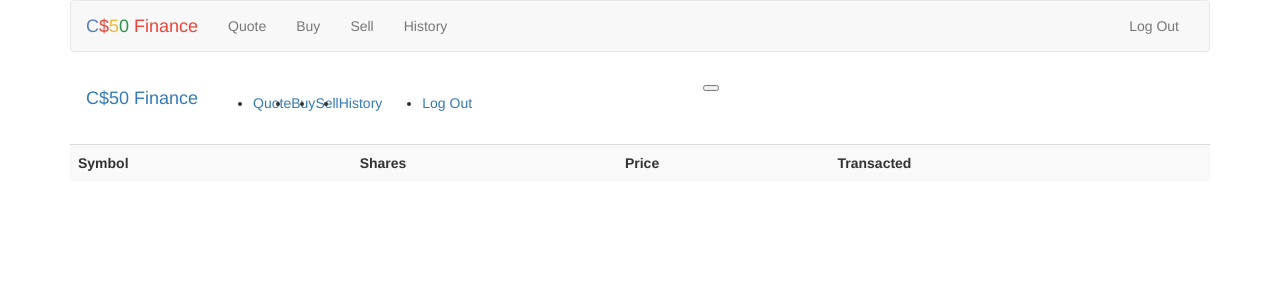
Repository: f41lure/cs50
Page: http://localhost/history
The author's editor kept a record of every edit. The page is drawn from the files as they stood at one moment, then again after the next edit.
The browser window is 1280 px wide. The pictures show the whole page.
Some web libraries are served in a nearby version. The page is served by the project's application, run on Flask 3 (finance/application.py). The session is filled in as if someone had signed in: {"user_id": 1}. The page reads the database file committed with the project.

Above is the page before.

### finance/templates/history.html
{% extends "layout.html" %}

{% block title %}
    History
{% endblock %}

{% block main %}
<nav class="navbar navbar-expand-md navbar-light bg-light border">
            <a class="navbar-brand" href="/"><span class="blue">C</span><span class="red">$</span><span class="yellow">5</span><span class="green">0</span> <span class="red">Finance</span></a>
            <button aria-controls="navbar" aria-expanded="false" aria-label="Toggle navigation" class="navbar-toggler" data-target="#navbar" data-toggle="collapse" type="button">
                <span class="navbar-toggler-icon"></span>
            </button>
            <div class="collapse navbar-collapse" id="navbar">

                    <ul class="navbar-nav mr-auto mt-2">
                        <li class="nav-item"><a class="nav-link" href="/quote">Quote</a></li>
                        <li class="nav-item"><a class="nav-link" href="/buy">Buy</a></li>
                        <li class="nav-item"><a class="nav-link" href="/sell">Sell</a></li>
                        <li class="nav-item"><a class="nav-link" href="/history">History</a></li>
                    </ul>
                    <ul class="navbar-nav ml-auto mt-2">
                        <li class="nav-item"><a class="nav-link" href="/logout">Log Out</a></li>
                    </ul>

            </div>
        </nav>
    <table class="table table-striped" style="width:100%">
      <tr>
        <th>Symbol</th>
        <th>Shares</th>
        <th>Price</th>
        <th>Transacted</th>
      </tr>
    {% for history in histories %}
      <tr>
        <td>{{ history.stock }}</td>
        <td>{{ history.shares }}</td>
        <td>{{ history.total }}</td>
        <!--<td>{{ history.transacted }}</td>-->
      </tr>
    {% endfor %}
    </table>

{% endblock %}

### finance/templates/layout.html
<!DOCTYPE html>

<html lang="en">

    <head>

        <!-- https://developer.mozilla.org/en-US/docs/Web/HTML/Element/meta -->
        <meta charset="utf-8"/>
        <meta content="initial-scale=1, width=device-width" name="viewport"/>

        <!-- documentation at http://getbootstrap.com/, alternative themes at https://www.bootstrapcdn.com/bootswatch/ -->
        <link href="https://maxcdn.bootstrapcdn.com/bootstrap/3.3.7/css/bootstrap.min.css" rel="stylesheet"/>

        <link href="{{ url_for('static', filename='styles.css') }}" rel="stylesheet"/>

        <script src="https://code.jquery.com/jquery-3.1.1.min.js"></script>
        <script src="https://maxcdn.bootstrapcdn.com/bootstrap/3.3.7/js/bootstrap.min.js"></script>

        <title>C$50 Finance: {% block title %}{% endblock %}</title>

    </head>

    <body>

        <div class="container">

            <nav class="navbar navbar-default">
                <div class="container-fluid">
                    <div class="navbar-header">
                        <button aria-expanded="false" class="navbar-toggle collapsed" data-target="#navbar" data-toggle="collapse" type="button">
                            <span class="sr-only">Toggle navigation</span>
                            <span class="icon-bar"></span>
                            <span class="icon-bar"></span>
                            <span class="icon-bar"></span>
                        </button>
                        <a class="navbar-brand" href="{{ url_for('index') }}"><span class="blue">C</span><span class="red">$</span><span class="yellow">5</span><span class="green">0</span> <span class="red">Finance</span></a>
                    </div>
                    <div class="collapse navbar-collapse" id="navbar">
                        {% if session.user_id %}
                            <ul class="nav navbar-nav">
                                <li><a href="{{ url_for('quote') }}">Quote</a></li>
                                <li><a href="{{ url_for('buy') }}">Buy</a></li>
                                <li><a href="{{ url_for('sell') }}">Sell</a></li>
                                <li><a href="{{ url_for('history') }}">History</a></li>
                            </ul>
                            <ul class="nav navbar-nav navbar-right">
                                <li><a href="{{ url_for('logout') }}">Log Out</a></li>
                            </ul>
                        {% else %}
                            <ul class="nav navbar-nav navbar-right">
                                <li><a href="{{ url_for('register') }}">Register</a></li>
                                <li><a href="{{ url_for('login') }}">Log In</a></li>
                            </ul>
                        {% endif %}
                    </div>
                </div>
            </nav>

            {% if get_flashed_messages() %}
                <header>
                    <div class="alert alert-info" role="alert">
                        {{ get_flashed_messages() | join(" ") }}
                    </div>
                </header>
            {% endif %}

            <main>
                {% block main %}{% endblock %}
            </main>

        </div>

    </body>

</html>

### finance/application.py
from cs50 import SQL
from flask import Flask, flash, redirect, render_template, request, session, url_for
from flask_session import Session
from passlib.apps import custom_app_context as pwd_context
from tempfile import mkdtemp

from helpers import *

# configure application
app = Flask(__name__)

# ensure responses aren't cached
if app.config["DEBUG"]:
    @app.after_request
    def after_request(response):
        response.headers["Cache-Control"] = "no-cache, no-store, must-revalidate"
        response.headers["Expires"] = 0
        response.headers["Pragma"] = "no-cache"
        return response

# custom filter
app.jinja_env.filters["usd"] = usd

# configure session to use filesystem (instead of signed cookies)
app.config["SESSION_FILE_DIR"] = mkdtemp()
app.config["SESSION_PERMANENT"] = False
app.config["SESSION_TYPE"] = "filesystem"
Session(app)

# configure CS50 Library to use SQLite database
db = SQL("sqlite:///finance.db")

@app.route("/")
@login_required
def index():
    return apology("TODO")

@app.route("/buy", methods=["GET", "POST"])
@login_required
def buy():
    """Buy shares of stock."""
    if request.method == "POST":
        if not request.form.get("symbol"):
            return apology("Enter a symbol.")
        symb = lookup(request.form.get("symbol"))

        if not symb:
            return apology("Invalid symbol. Re-enter.")

        try:
            shares = int(request.form.get("shares"))
            if shares < 0:
                return apology("Shares must be positive integer")
        except:
            return apology("Shares must be positive integer")


        cash_info = db.execute("SELECT cash FROM users WHERE id = :id", id=session["user_id"])
        if float(cash_info[0]["cash"]) < symb["price"] * shares:
            return apology("Not enough funds.")

        name_of_us = db.execute("""SELECT * FROM users WHERE id = :id""", id=session["user_id"])

        name = name_of_us[0]["username"]

        db.execute("UPDATE users SET cash = cash - :purchase WHERE id = :id", id=session["user_id"], purchase=symb["price"] * float(shares))

        new_cash = db.execute("SELECT * FROM users WHERE id = :id", id=session["user_id"])

        foo = new_cash[0]["cash"]

        db.execute("""UPDATE {} SET cash = ''""".format(name))                                                          # Previously, multiple cash entries would appear

        db.execute("""DELETE FROM {} WHERE stock IS NULL""".format(name))                                               # Delete any empty rows

        db.execute("""UPDATE {}_index SET cash = ''""".format(name))                                                    # (user_index)Previously, multiple cash entries would appear

        db.execute("""DELETE FROM {}_index WHERE stock IS NULL""".format(name))                                         # (user_index)Delete any empty rows

        db.execute("""INSERT INTO {} (stock, amount, price, tot_value, cash)
                      VALUES (:stock, :amount, :price, :tot_value, :cash_f)""".format(name),
                    stock=request.form.get("symbol"),
                    amount=request.form.get("shares"),
                    price=symb["price"] * shares,
                    tot_value = symb["price"] * shares,
                    cash_f = foo)

        # Table which records all transactions ever made

        db.execute("""INSERT INTO trans (id, stock, shares, total, type)
                      VALUES (:id, :stock, :shares, :total, :type)""",
                    id=session.get("user_id"),
                    stock=request.form.get("symbol"),
                    shares=shares,
                    total = symb["price"] * shares,
                    type="buy")



        # Creates a temporary table spare which stores all the data needed for index()

        db.execute("""CREATE TABLE spare (id INTEGER, stock TEXT, shares INTEGER, total INTEGER)""")

        amounts_to_be_changed = db.execute("""SELECT shares, total FROM {}_index WHERE stock=:stock""".format(name), symbol)

        new_shares = int(amounts_to_be_changed[0]['shares']) + amount

        new_total = int(amounts_to_be_changed[0]['total']) + value

        bar = db.execute("""INSERT INTO spare (id, stock) SELECT id, stock FROM trans GROUP BY id, stock""")

        db.execute("""INSERT INTO spare (shares, total) WHERE stock=:stock VALUES (:shares, :total)""", stock=symbol, shares=new_shares, total=new_total)

        # Inserts the data for index() into spare
        ###### Ran into a problem here: bar previously worked for buy, but now we need to keep track of the amount of each stock, not the sum for history
        ###### Solution: if a stocks type is sell: SUM it. If buy: SUM it
        ###### Then subtract sell from buy

        bar = db.execute("""INSERT INTO spare (id, stock, shares, total) SELECT id, stock, SUM(shares), SUM(total) FROM trans GROUP BY id, stock""")

        # db.execute("""INSERT INTO spare (id, stock, shares, total)
        #               VALUES (:id :stock, :shares, :total")""",
        #               id=session["user_id"],
        #               stock=bar[0]['stock'],
        #               shares=bar[0]['SUM(shares)'],
        #               total=bar[0]['SUM(total)'])

        # Takes all the data relevant to the current user for index() and stores it in that users table

        db.execute("""INSERT INTO {}_index (stock, amount, tot_value)
                    SELECT stock, shares, total FROM spare WHERE id=:id;""".format(name), id=session.get("user_id"))

        # Fill other two fields: price and cash

        db.execute("""INSERT INTO {}_index (cash)
                    VALUES (:cash)""".format(name),
                    cash=foo)

        # baz = db.execute("""SELECT * FROM {}_index""".format(name))
        # for idx, row in enumerate(baz):
        #     price_index = baz[idx][float('tot_value')] / baz[idx][float('amount')]

        #     db.execute("""INSERT INTO {}_index (price)
        #                 VALUES (:price)""".format(name),
        #                 price=price_index)


        db.execute("""DROP TABLE spare;""")

        return redirect(url_for("index"))

    else:
        return render_template("buy.html")

@app.route("/history")
@login_required
def history():
    histories = db.execute("SELECT * from trans WHERE id=:id", id=session["user_id"])

    return render_template("history.html", histories=histories)

@app.route("/login", methods=["GET", "POST"])
def login():
    """Log user in."""

    # forget any user_id
    session.clear()

    # if user reached route via POST (as by submitting a form via POST)
    if request.method == "POST":

        # ensure username was submitted
        if not request.form.get("username"):
            return apology("must provide username")

        # ensure password was submitted
        elif not request.form.get("password"):
            return apology("must provide password")

        # query database for username
        rows = db.execute("SELECT * FROM users WHERE username = :username", username=request.form.get("username"))

        # ensure username exists and password is correct
        if len(rows) != 1 or not pwd_context.verify(request.form.get("password"), rows[0]["hash"]):
            return apology("invalid username and/or password")

        # remember which user has logged in
        session["user_id"] = rows[0]["id"]

        # redirect user to home page
        return redirect(url_for("index"))

    # else if user reached route via GET (as by clicking a link or via redirect)
    else:
        return render_template("login.html")

@app.route("/logout")
def logout():
    """Log user out."""

    # forget any user_id
    session.clear()

    # redirect user to login form
    return redirect(url_for("login"))

@app.route("/quote", methods=["GET", "POST"])
@login_required
def quote():
    """Get stock quote."""
    if request.method == "POST":
        symbol = lookup(request.form.get("symbol"))
        if not symbol:
            return apology("Invalid symbol. Please re-enter.")
        return render_template("quoted.html", stock=symbol)

    elif request.method == "GET":
        return render_template("quote.html")

@app.route("/register", methods=["GET", "POST"])
def register():

    if request.method == "POST":

        # ensure username was submitted
        if not request.form.get("username"):
            return apology("Must provide username")

        # ensure password was submitted
        elif not request.form.get("password"):
            return apology("Must provide password")

        # # ensure password and verified password is the same
        # elif request.form.get("password") != request.form.get("passwordagain"):
        #     return apology("password doesn't match")

        # insert the new user into users, storing the hash of the user's password
        result = db.execute("INSERT INTO users (username, hash) \
                             VALUES(:username, :hash)", \
                             username=request.form.get("username"), \
                             hash=pwd_context.hash(request.form.get("password")))
        user_table = db.execute("CREATE TABLE {} ('stock' TEXT, 'amount' INTEGER, 'price' INTEGER, 'tot_value' INTEGER, 'type' TEXT, 'cash' INTEGER)".format(request.form.get("username")))


        # Table # 2 for index()
        user_table_index = db.execute("CREATE TABLE {}_index ('stock' TEXT, 'amount' INTEGER, 'price' INTEGER, 'tot_value' INTEGER, 'cash' INTEGER)".format(request.form.get("username")))

        if not result:
            return apology("Username already exists")

        # remember which user has logged in
        session["user_id"] = result

        return redirect(url_for("index"))

    else:
        return render_template("register.html")

@app.route("/sell", methods=["GET", "POST"])
@login_required
def sell():
    """Sell shares of stock."""
    if request.method == "POST":

        user_info = db.execute("SELECT * FROM users WHERE id = :id", id=session["user_id"])

        name = user_info[0]["username"]
        cash = user_info[0]["cash"]
        foo = user_info[0]["cash"]

        if not request.form.get("symbol"):
            return apology("Enter a symbol.")
        symbol = lookup(request.form.get("symbol"))
        symb = request.form.get("symbol")

        if not symbol:
            return apology("Invalid symbol. Re-enter.")

        try:
            shares = int(request.form.get("shares"))
            if shares < 0:
                return apology("Shares must be positive integer")
        except:
            return apology("Shares must be positive integer")
        value = symbol["price"] * shares


        db.execute("UPDATE users SET cash = cash + :sold WHERE id = :id", id=session["user_id"], sold=value)

        # Table which records all transactions ever made

        db.execute("""INSERT INTO trans (id, stock, shares, total, type)
                      VALUES (:id, :stock, :shares, :total, :type)""",
                    id=session.get("user_id"),
                    stock=request.form.get("symbol"),
                    shares=shares,
                    total = symbol["price"] * shares,
                    type="sell")

        # Creates a temporary table spare which stores all the data needed for index()

        db.execute("""CREATE TABLE spare (id INTEGER, stock TEXT, shares INTEGER, total INTEGER)""")

        # Inserts the data for index() into spare

        amounts_to_be_changed = db.execute("""SELECT amount, tot_value FROM {}_index WHERE stock=:stock""".format(name), stock=symb)

        new_shares = int(amounts_to_be_changed[0]['amount']) - amount

        new_total = int(amounts_to_be_changed[0]['tot_value']) - value

        bar = db.execute("""INSERT INTO spare (id, stock) SELECT id, stock FROM trans GROUP BY id, stock""")

        db.execute("""INSERT INTO spare (shares, total) WHERE stock=:stock VALUES (:shares, :total)""", stock=symb, shares=new_shares, total=new_total)

        baz = db.execute("""SELECT * FROM trans GROUP BY id, stock, type""")

        # db.execute("""INSERT INTO spare (id, stock, shares, total)
        #               VALUES (:id :stock, :shares, :total")""",
        #               id=session["user_id"],
        #               stock=bar[0]['stock'],
        #               shares=bar[0]['SUM(shares)'],
        #               total=bar[0]['SUM(total)'])

        # Takes all the data relevant to the current user for index() and stores it in that users table

        db.execute("""INSERT INTO {}_index (stock, amount, tot_value)
                    SELECT stock, shares, total FROM spare WHERE id=:id;""".format(name), id=session.get("user_id"))

        # Fill other two fields: price and cash

        db.execute("""INSERT INTO {}_index (cash)
                    VALUES (:cash)""".format(name),
                    cash=foo)

        # baz = db.execute("""SELECT * FROM {}_index""".format(name))
        # for idx, row in enumerate(baz):
        #     price_index = baz[idx][float('tot_value')] / baz[idx][float('amount')]

        #     db.execute("""INSERT INTO {}_index (price)
        #                 VALUES (:price)""".format(name),
        #                 price=price_index)


        db.execute("""DROP TABLE spare;""")

        return redirect(url_for("index"))

    else:
        return render_template("sell.html")

### finance/helpers.py
import csv
import urllib.request

from flask import redirect, render_template, request, session
from functools import wraps


def apology(message, code=400):
    """Renders message as an apology to user."""
    def escape(s):
        """
        Escape special characters.

        https://github.com/jacebrowning/memegen#special-characters
        """
        for old, new in [("-", "--"), (" ", "-"), ("_", "__"), ("?", "~q"),
                         ("%", "~p"), ("#", "~h"), ("/", "~s"), ("\"", "''")]:
            s = s.replace(old, new)
        return s
    return render_template("apology.html", top=code, bottom=escape(message)), code


def login_required(f):
    """
    Decorate routes to require login.

    http://flask.pocoo.org/docs/0.12/patterns/viewdecorators/
    """
    @wraps(f)
    def decorated_function(*args, **kwargs):
        if session.get("user_id") is None:
            return redirect("/login")
        return f(*args, **kwargs)
    return decorated_function


def lookup(symbol):
    """Look up quote for symbol."""

    # reject symbol if it starts with caret
    if symbol.startswith("^"):
        return None

    # reject symbol if it contains comma
    if "," in symbol:
        return None

    # query Yahoo for quote
    # http://stackoverflow.com/a/21351911
    try:

        # GET CSV
        url = f"http://download.finance.yahoo.com/d/quotes.csv?f=snl1&s={symbol}"
        webpage = urllib.request.urlopen(url)

        # read CSV
        datareader = csv.reader(webpage.read().decode("utf-8").splitlines())

        # parse first row
        row = next(datareader)

        # ensure stock exists
        try:
            price = float(row[2])
        except:
            return None

        # return stock's name (as a str), price (as a float), and (uppercased) symbol (as a str)
        return {
            "name": row[1],
            "price": price,
            "symbol": row[0].upper()
        }

    except:
        pass

    # query Alpha Vantage for quote instead
    # https://www.alphavantage.co/documentation/
    try:

        # GET CSV
        url = f"https://www.alphavantage.co/query?apikey=NAJXWIA8D6VN6A3K&datatype=csv&function=TIME_SERIES_INTRADAY&interval=1min&symbol={symbol}"
        webpage = urllib.request.urlopen(url)

        # parse CSV
        datareader = csv.reader(webpage.read().decode("utf-8").splitlines())

        # ignore first row
        next(datareader)

        # parse second row
        row = next(datareader)

        # ensure stock exists
        try:
            price = float(row[4])
        except:
            return None

        # return stock's name (as a str), price (as a float), and (uppercased) symbol (as a str)
        return {
            "name": symbol.upper(), # for backward compatibility with Yahoo
            "price": price,
            "symbol": symbol.upper()
        }

    except:
        return None


def usd(value):
    """Formats value as USD."""
    return f"${value:,.2f}"

### finance/finance.db (the tables this page reads, as SQL)
CREATE TABLE 'trans' ('id' INTEGER, 'stock' TEXT, 'shares' INTEGER, 'total' INTEGER, 'time' DATETIME, 'type' TEXT);
INSERT INTO "trans" VALUES
(3, 'DAX', 5, 150, NULL, 'buy'),
(4, 'DAS', 2, 39.96, NULL, 'buy'),
(4, 'DAS', 2, 39.96, NULL, 'buy'),
(3, 'DAX', 2, 60.47, NULL, 'sell'),
(3, 'DAX', 2, 60.8, NULL, 'sell'),
(3, 'DAX', 2, 60.8, NULL, 'sell'),
(3, 'DAX', 2, 60.8, NULL, 'sell'),
(3, 'DAX', 2, 60.86, NULL, 'sell'),
(3, 'DAX', 2, 60.86, NULL, 'sell'),
(3, 'DAX', 2, 60.86, NULL, 'sell'),
(3, 'DAX', 2, 60.86, NULL, 'sell'),
(3, 'DAX', 2, 60.86, NULL, 'sell'),
(3, 'DAX', 2, 60.86, NULL, 'sell'),
(3, 'DAX', 2, 60.86, NULL, 'sell'),
(3, 'DAX', 2, 60.86, NULL, 'sell'),
(3, 'DAX', 2, 60.86, NULL, 'sell'),
(3, 'DAX', 2, 60.86, NULL, 'sell'),
(3, 'DAX', 2, 60.82, NULL, 'sell'),
(3, 'DAX', 2, 60.82, NULL, 'sell'),
(3, 'DAX', 2, 60.82, NULL, 'sell'),
(3, 'DAX', 2, 60.82, NULL, 'sell'),
(3, 'DAX', 2, 60.82, NULL, 'sell'),
(3, 'DAX', 2, 60.82, NULL, 'sell'),
(3, 'DAX', 2, 60.82, NULL, 'sell'),
(3, 'DAX', 2, 60.82, NULL, 'sell'),
(3, 'DAX', 2, 60.82, NULL, 'sell');

Loaded but not shown: finance/static/styles.css (common file)

After the next edit:
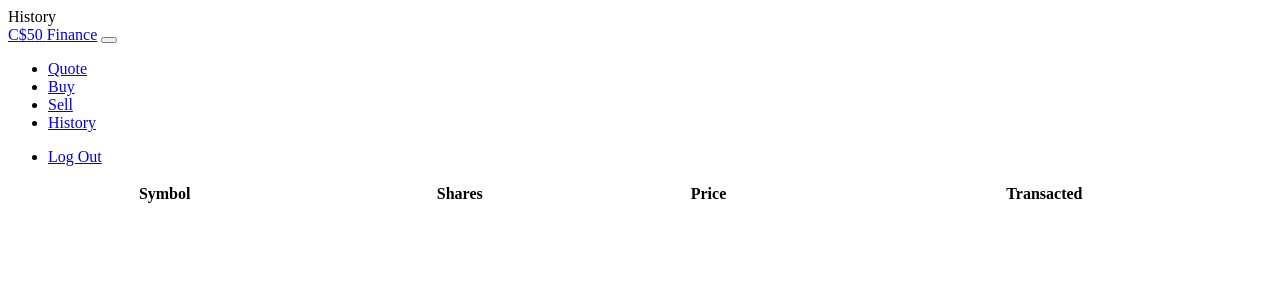
The edit:
--- a/finance/templates/history.html
+++ b/finance/templates/history.html
@@ -1,4 +1,4 @@
-{% extends "layout.html" %}
+
 
 {% block title %}
     History
